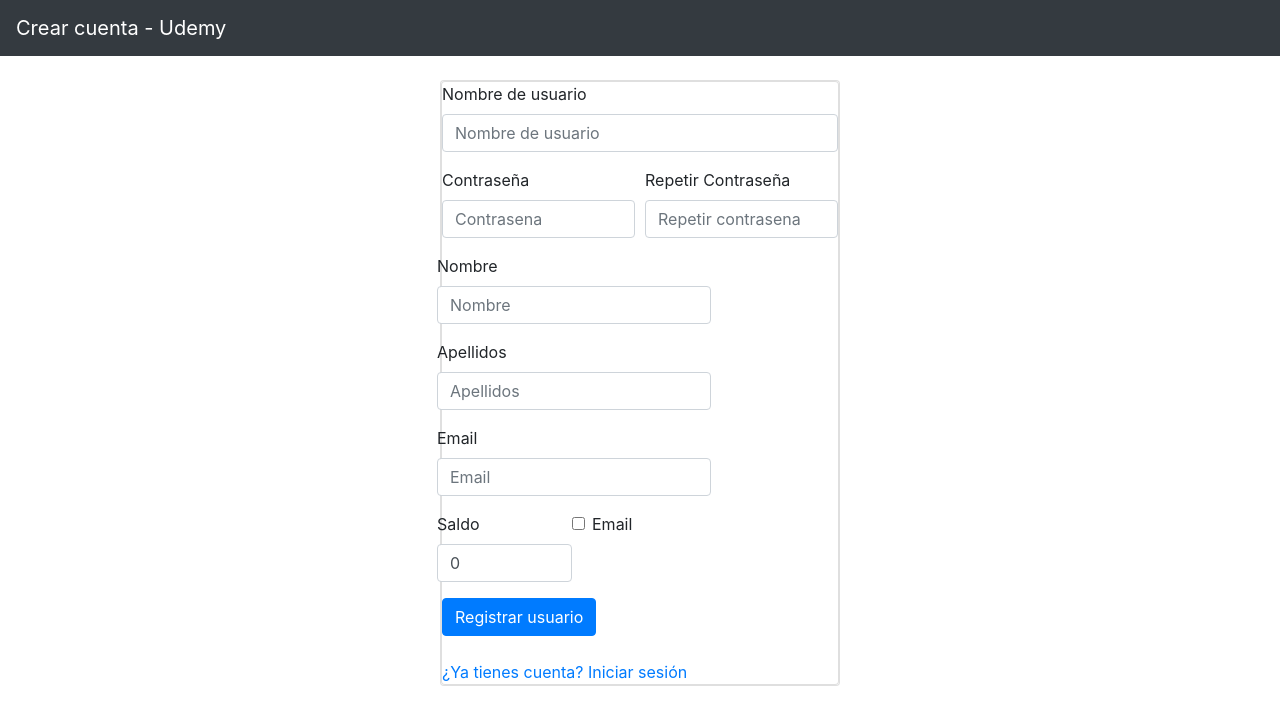
Repository: Enrique-git-hub/curso-java
Page: http://localhost/LibreriaUdemy/register.html
These files come from the project's save history. The page is drawn as it stood at one moment and after the next save; the edit follows.
The browser window is 1280 px wide. The pictures show the whole page.
The page is served by Tomcat 9. Other server files are loaded and not shown.

Above is the page before, as saved 2025-03-19 08:19:37.

### Workspace/LibreriaUdemy/src/main/webapp/register.html
<!DOCTYPE html>
<html>
<head>
<meta charset="UTF-8">
<link rel="stylesheet" href="https://cdn.jsdelivr.net/npm/bootstrap@4.6.2/dist/css/bootstrap.min.css">

<!-- jQuery library -->
<script src="https://cdn.jsdelivr.net/npm/jquery@3.7.1/dist/jquery.slim.min.js"></script>

<!-- Popper JS -->
<script src="https://cdn.jsdelivr.net/npm/popper.js@1.16.1/dist/umd/popper.min.js"></script>

<!-- Latest compiled JavaScript -->
<script src="https://cdn.jsdelivr.net/npm/bootstrap@4.6.2/dist/js/bootstrap.bundle.min.js"></script>

<script src="https://ajax.googleapis.com/ajax/libs/jquery/3.7.1/jquery.min.js"></script>

<link href="css/index.css" rel="stylesheet">
<title>Insert title here</title>
</head>
<body>
	<nav class="navbar navbar-dark bg-dark">
		<a class="navbar-brand" href="index.html">Crear cuenta - Udemy</a>
	</nav>
	<main class="p-4 d-flex justify-content-center">
		<div class="card sizeDiv">
			<div class="card body">
				<form id="form-register" class="pb-4">
					<div class="form-group">
						<label for="input-username">Nombre de usuario</label>
						<input type="text" class="form-control" id="input-username" placeholder="Nombre de usuario" required>
					</div>
					<div class="form-row">
						<div class="form-group col-md-6">
							<label for="input-contrasena">Contraseña</label>
							<input type="text" class="form-control" id="input-contrasena" placeholder="Contrasena" required>
						</div>
						<div class="form-group col-md-6">
							<label for="input-contrasena-repeat">Repetir Contraseña</label>
							<input type="text" class="form-control" id="input-contrasena-repeat" placeholder="Repetir contrasena" required>
						</div>
					<div class="form-group">
						<label for="input-nombre">Nombre</label>
						<input type="text" class="form-control" id="input-nombre" placeholder="Nombre" required>
					</div>
					<div class="form-group">
						<label for="input-apellidos">Apellidos</label>
						<input type="text" class="form-control" id="input-apellidos" placeholder="Apellidos" required>
					</div>
					<div class="form-group">
						<label for="input-email">Email</label>
						<input type="text" class="form-control" id="input-email" placeholder="Email" required>
					</div>
					<div class="form-group">
						<label for="input-saldo">Saldo</label>
						<input type="number" class="form-control" id="input-saldo" placeholder="0" min="0" max="10000" value="0" required>
					</div>
					<div class="form-group">
						<div class="form-check">
							<input type="checkbox" class="form-check-input" id="input-premium">
							<label class="form-check-label" for="input-premium">Email</label>
						</div>
					</div>
					</div>
					<input type="submit" class="btn btn-primary" id="register-btn" value="Registrar usuario">
				</form>
				<div id="register-error" class="alert alert-danger d-none" role="alert">Error en las credenciales de registro</div>
				<a href="index.html">¿Ya tienes cuenta? Iniciar sesión</a>
			</div>
		</div>
	</main>
</body>
</html>

### Workspace/LibreriaUdemy/src/main/webapp/css/index.css
@charset "UTF-8";

.bg-login-image{
	background: url("../img/biblioteca.jpg");
	background-position: center;
	background-size: cover;
	border: 0px
}

.sizeDiv{
	width: 400px
}

After the next save:
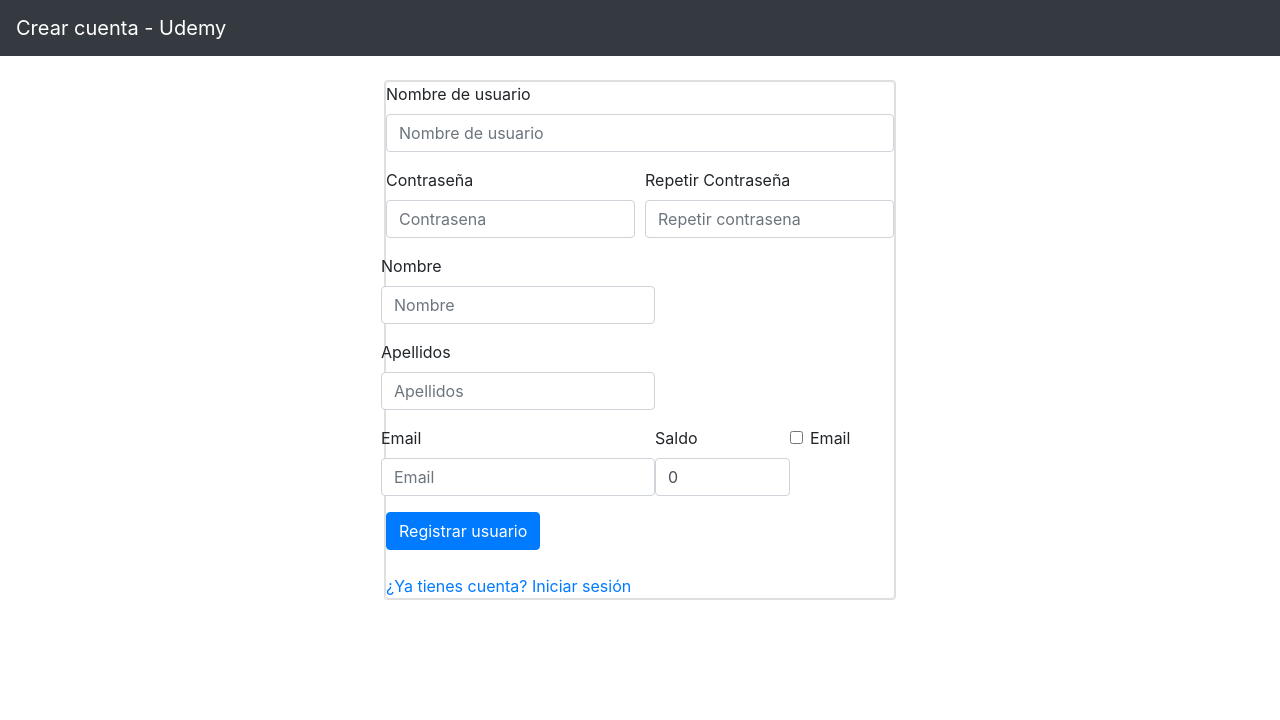
Saved 7 s later.
--- a/Workspace/LibreriaUdemy/src/main/webapp/css/index.css
+++ b/Workspace/LibreriaUdemy/src/main/webapp/css/index.css
@@ -8,5 +8,5 @@
 }
 
 .sizeDiv{
-	width: 400px
+	width: 40vw
 }
